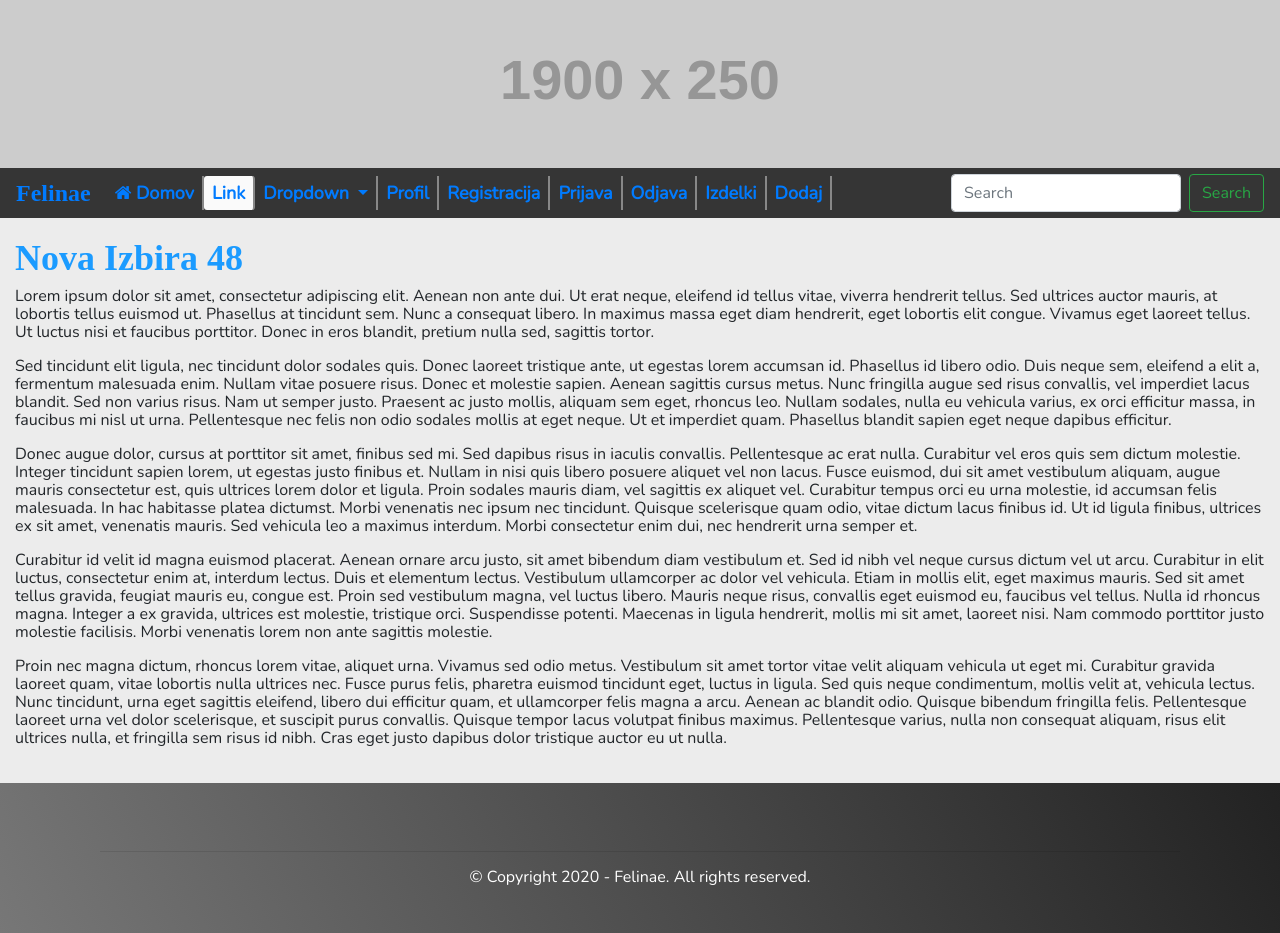
Repository: UrbyK/Felinae
Page: http://localhost/index.php?page=home
An editor plug-in stored every save of this project. The page is shown before and after the next save, followed by the edit.
The browser window is 1280 px wide. The pictures show the whole page.
Some web fonts or font styles are not loaded; a fallback is used. The page is run by PHP 8.4 with error messages shown; the project is at /var/www/html/.

Above is the page before, as saved 2020-08-29 18:28:58.

### index.php
<?php
    session_start();

    include './functions.php';

    $pdo = pdo_connect_mysql();

    $_GET   = filter_input_array(INPUT_GET, FILTER_SANITIZE_STRING);
    $_POST  = filter_input_array(INPUT_POST, FILTER_SANITIZE_STRING);

    $page = isset($_GET['page']) && file_exists($_GET['page']. '.php') ? $_GET['page'] : 'home';
    include $page . '.php';

    template_footer();

?>

### functions.php
<?php
    include './includes/dbh.inc.php';

    include_once('./includes/search-functions.php');
    include_once('./includes/picture-upload.inc.php');

    function template_header($title){
        include_once('./header.php');
    }

    function template_footer(){
        include_once('./footer.php');
    }


    function countries(){
        $pdo = pdo_connect_mysql();
        $stmt = $pdo->prepare("SELECT * FROM country");
        $stmt->execute();
        $result = $stmt->fetchAll(PDO::FETCH_ASSOC);
        return $result;
    }

    function slugify($string){
        return strtolower(trim(preg_replace('/[^A-Za-z0-9-]+/', '-', $string), '-'));
    }

    function get_image($product_id){
        $pdo = pdo_connect_mysql();
        $stmt = $pdo->prepare("SELECT * FROM product_image WHERE product_id = ?");
        $stmt->execute([$product_id]);
        $result = $stmt->fetchAll(PDO::FETCH_ASSOC);
        return $result;
    }

    function retail_price($product_id){
        $pdo = pdo_connect_mysql();
        $stmt = $pdo->prepare("SELECT * FROM product WHERE ID = ?");
        $stmt->execute([$product_id]);
        $product = $stmt->fetch();

        if($product['startsAt'] <= date('Y-m-d H:i:s') && date('Y-m-d H:i:s') <= $product['endsAt']){
            $retail_price = round($product['price']-($product['price']*($product['discount']/100)), 2);
        }
        else{
            $retail_price = $product['price'];
        }

        return $retail_price;

    }

?>

### includes/dbh.inc.php
<?php
    function pdo_connect_mysql(){
        /* credentials */
        $dbHost = 'localhost';
        $dbUser = 'root';
        $dbPass = '';
        $dbName = 'felinae';

        try{
            return new PDO('mysql:host=' . $dbHost . ';dbname=' . $dbName . ';charset=utf8', $dbUser, $dbPass);
        } catch (PDOException $exception) {
            // If there is an error with the connection, stop the script and display the error.
            die ('Failed to connect to database!'. $exception->getMessage());
        }
    }
?>

### includes/search-functions.php
<?php
    function get_city($pdo, $city, $postalCode, $country_id){

        $query = "SELECT * FROM city WHERE country_id = ? AND lower(city) LIKE lower(?) AND postalCode = ?";
        $stmt = $pdo->prepare($query);
        $stmt->execute([$country_id, $city, $postalCode]);
        return $stmt;
    }
?>

### includes/picture-upload.inc.php
<?php

    function image_upload($product_id, $url, $caption, $i){

        $pdo = pdo_connect_mysql();
        $target_dir = "./uploads/";
        $relative_dir = "./uploads/";

        $change_name = date("Y-m-d-h-i-s")."-".$product_id."-".basename($url);
        $change_name;
        $target_file = $target_dir . $change_name;
        $relative_file = $relative_dir . $change_name;

        $uploadOk = 1;
        $imageFileType = strtolower(pathinfo($target_file,PATHINFO_EXTENSION));

        if(isset($_POST["submit"])) {
            $check = getimagesize($_FILES["image"]["tmp_name"][$i]);
            if($check !== false) {
                //echo "File is an image - " . $check["mime"] . ".";
                $uploadOk = 1;
            } else {
                //echo "File is not an image.";
                $uploadOk = 0;
            }
        }

        if($imageFileType != "jpg" && $imageFileType != "png" && $imageFileType != "jpeg"
        && $imageFileType != "gif" ) {
            $uploadOk = 0;
        }

        if ($uploadOk == 1) {
            if (move_uploaded_file($_FILES["image"]["tmp_name"][$i], $target_file)) {
                //vse je ok, zapišem še v bazo
                $query = "INSERT INTO product_image(product_id, image, caption) VALUES (?,?,?)";
                $stmt = $pdo->prepare($query);
                $stmt->execute([$product_id, $relative_file, $caption]);
            }
        }
    }

?>

### home.php
<?=template_header('Home')?>
<div class="row">
    <h1>Nova Izbira 48</h1>
    <p>
    Lorem ipsum dolor sit amet, consectetur adipiscing elit. Aenean non ante dui. Ut erat neque, eleifend id tellus vitae, viverra hendrerit tellus. Sed ultrices auctor mauris, at lobortis tellus euismod ut. Phasellus at tincidunt sem. Nunc a consequat libero. In maximus massa eget diam hendrerit, eget lobortis elit congue. Vivamus eget laoreet tellus. Ut luctus nisi et faucibus porttitor. Donec in eros blandit, pretium nulla sed, sagittis tortor.
    </p>
    <p>
    Sed tincidunt elit ligula, nec tincidunt dolor sodales quis. Donec laoreet tristique ante, ut egestas lorem accumsan id. Phasellus id libero odio. Duis neque sem, eleifend a elit a, fermentum malesuada enim. Nullam vitae posuere risus. Donec et molestie sapien. Aenean sagittis cursus metus. Nunc fringilla augue sed risus convallis, vel imperdiet lacus blandit. Sed non varius risus. Nam ut semper justo. Praesent ac justo mollis, aliquam sem eget, rhoncus leo. Nullam sodales, nulla eu vehicula varius, ex orci efficitur massa, in faucibus mi nisl ut urna. Pellentesque nec felis non odio sodales mollis at eget neque. Ut et imperdiet quam. Phasellus blandit sapien eget neque dapibus efficitur.
    </p>
    <p>
    Donec augue dolor, cursus at porttitor sit amet, finibus sed mi. Sed dapibus risus in iaculis convallis. Pellentesque ac erat nulla. Curabitur vel eros quis sem dictum molestie. Integer tincidunt sapien lorem, ut egestas justo finibus et. Nullam in nisi quis libero posuere aliquet vel non lacus. Fusce euismod, dui sit amet vestibulum aliquam, augue mauris consectetur est, quis ultrices lorem dolor et ligula. Proin sodales mauris diam, vel sagittis ex aliquet vel. Curabitur tempus orci eu urna molestie, id accumsan felis malesuada. In hac habitasse platea dictumst. Morbi venenatis nec ipsum nec tincidunt. Quisque scelerisque quam odio, vitae dictum lacus finibus id. Ut id ligula finibus, ultrices ex sit amet, venenatis mauris. Sed vehicula leo a maximus interdum. Morbi consectetur enim dui, nec hendrerit urna semper et.
    </p>
    <p>
    Curabitur id velit id magna euismod placerat. Aenean ornare arcu justo, sit amet bibendum diam vestibulum et. Sed id nibh vel neque cursus dictum vel ut arcu. Curabitur in elit luctus, consectetur enim at, interdum lectus. Duis et elementum lectus. Vestibulum ullamcorper ac dolor vel vehicula. Etiam in mollis elit, eget maximus mauris. Sed sit amet tellus gravida, feugiat mauris eu, congue est. Proin sed vestibulum magna, vel luctus libero. Mauris neque risus, convallis eget euismod eu, faucibus vel tellus. Nulla id rhoncus magna. Integer a ex gravida, ultrices est molestie, tristique orci. Suspendisse potenti. Maecenas in ligula hendrerit, mollis mi sit amet, laoreet nisi. Nam commodo porttitor justo molestie facilisis. Morbi venenatis lorem non ante sagittis molestie.
    </p>
    <p>
    Proin nec magna dictum, rhoncus lorem vitae, aliquet urna. Vivamus sed odio metus. Vestibulum sit amet tortor vitae velit aliquam vehicula ut eget mi. Curabitur gravida laoreet quam, vitae lobortis nulla ultrices nec. Fusce purus felis, pharetra euismod tincidunt eget, luctus in ligula. Sed quis neque condimentum, mollis velit at, vehicula lectus. Nunc tincidunt, urna eget sagittis eleifend, libero dui efficitur quam, et ullamcorper felis magna a arcu. Aenean ac blandit odio. Quisque bibendum fringilla felis. Pellentesque laoreet urna vel dolor scelerisque, et suscipit purus convallis. Quisque tempor lacus volutpat finibus maximus. Pellentesque varius, nulla non consequat aliquam, risus elit ultrices nulla, et fringilla sem risus id nibh. Cras eget justo dapibus dolor tristique auctor eu ut nulla.
    </p>
</div>

<?=template_footer()?>

### header.php
<!DOCTYPE html>
<html>
    <head>
        <meta charset="utf-8" content="text/html"/>
        <meta name="viewport" content="width=device-width, intital-scale=1.0"/>

        <!-- JavaScript -->
        <script src="https://code.jquery.com/jquery-3.5.1.js" integrity="sha256-QWo7LDvxbWT2tbbQ97B53yJnYU3WhH/C8ycbRAkjPDc=" crossorigin="anonymous"></script>
        <!-- Boostrap -->
            <!-- CSS -->
        <link rel="stylesheet" href="https://stackpath.bootstrapcdn.com/bootstrap/4.5.0/css/bootstrap.min.css"
            integrity="sha384-9aIt2nRpC12Uk9gS9baDl411NQApFmC26EwAOH8WgZl5MYYxFfc+NcPb1dKGj7Sk" crossorigin="anonymous" />

            <!-- JavaScript -->
        <script src="https://stackpath.bootstrapcdn.com/bootstrap/4.5.0/js/bootstrap.bundle.min.js"
             integrity="sha384-1CmrxMRARb6aLqgBO7yyAxTOQE2AKb9GfXnEo760AUcUmFx3ibVJJAzGytlQcNXd" crossorigin="anonymous"></script>

        <!-- FONTAWESOME -->
        <link rel="stylesheet" href="https://stackpath.bootstrapcdn.com/font-awesome/4.7.0/css/font-awesome.min.css" integrity="sha384-wvfXpqpZZVQGK6TAh5PVlGOfQNHSoD2xbE+QkPxCAFlNEevoEH3Sl0sibVcOQVnN"
         crossorigin="anonymous">

         <script src="./js/active-menu.js" crossorigin="anonymous"></script>

         <!--CUSTOM CSS-->
         <link rel="stylesheet" href="./css/style.css">

        <title>Felinae</title>
    </head>

    <body>

        <header>
            <div class="banner"><img src="https://via.placeholder.com/1900x250" alt="banner"></div>
        </header>

       <!-- <nav class="navbar sticky-top navbar-expand-lg navbar-light bg-light ">-->
        <nav class="navbar sticky-top navbar-expand-lg">
            <a class="navbar-brand" href="#">Felinae</a>
            <button class="navbar-toggler ml-auto custom-toggler" type="button" data-toggle="collapse" data-target="#navbarSupportedContent" aria-controls="navbarSupportedContent" aria-expanded="false" aria-label="Toggle navigation">
                <span class="navbar-toggler-icon"></span>
            </button>

            <div class="collapse navbar-collapse" id="navbarSupportedContent">

                <ul class="navbar-nav mr-auto">
                    <li class="nav-item">
                        <a class="nav-link" href="./index.php"><i class="fa fa-home" aria-hidden="true"></i> Domov <span class="sr-only">(current)</span></a>
                    </li>
                    <li class="nav-item">
                        <a class="nav-link" href="./index.php?page=home">Link</a>
                    </li>
                    <li class="nav-item dropdown" >
                        <a class="nav-link dropdown-toggle" href="#" id="navbarDropdown" role="button" data-toggle="dropdown" aria-haspopup="true" aria-expanded="false">
                        Dropdown
                        </a>
                        <div class="dropdown-menu" aria-labelledby="navbarDropdown">
                        <a class="dropdown-item" href="#">Action</a>
                        <a class="dropdown-item" href="#">Another action</a>
                        <div class="dropdown-divider"></div>
                        <a class="dropdown-item" href="#">Something else here</a>
                        </div>
                    </li>

                    <li class="nav-item">
                        <a class="nav-link" href="./index.php?page=profile">Profil</a>
                    </li>
                    <li class="nav-item">
                        <a class="nav-link" href="./index.php?page=register-user">Registracija</a>
                    </li>
                    <li class="nav-item">
                        <a class="nav-link" href="./index.php?page=login">Prijava</a>
                    </li>
                    <li class="nav-item">
                        <a class="nav-link" href="./index.php?page=logout">Odjava</a>
                    </li>
                    <li class="nav-item">
                        <a class="nav-link" href="./index.php?page=products">Izdelki</a>
                    </li>
                    <li class="nav-item">
                        <a class="nav-link" href="./index.php?page=product-add">Dodaj</a>
                    </li>

                </ul>

                <form class="form-inline my-2 my-lg-0">
                    <input class="form-control mr-sm-2" type="search" placeholder="Search" aria-label="Search">
                    <button class="btn btn-outline-success my-2 my-sm-0" type="submit">Search</button>
                </form>

            </div>
        </nav>

    <div class="container-fluid">

### footer.php
    </div><!-- class="container-fluid" --->

        <footer class="page-footer font-small flow-footer" id="footer" role="contentinfo">
            <div class="footer-wrapper">
                <div class="container container-footer">
                    <div class="row">


                        <div class="col-12">
                        <hr copy>
                            <p class="text-center">&copy; Copyright 2020 - Felinae.  All rights reserved.</p>

                        </div>

                    </div>
                </div>
            </div>
        </footer>





    </body>
</html>

### js/active-menu.js
$(function(){
    // this will get the full URL at the address bar
    var url = window.location.href;

    // passes on every "a" tag
    $(".navbar a").each(function() {
            // checks if its the same on the address bar
        if(url === (this.href)) {
            $(this).closest("li").addClass("active");
        }
    });
});

### css/style.css
@import url('http://fonts.googleapis.com/css?family=Oxygen+Mono');
@import url('https://fonts.googleapis.com/css?family=Damion|Neucha|Pacifico|Yellowtail&display=swap');
@import url('https://fonts.googleapis.com/css2?family=Crimson+Text&family=Nunito&family=Overlock&family=Source+Sans+Pro&display=swap');
@import url('https://fonts.googleapis.com/css2?family=Love+Ya+Like+A+Sister&display=swap');

*{
    text-decoration: none;
    list-style: none;
}

body{
    padding: 0;
    margin: 0 auto;
    font-size: 16px;
    line-height: 1.125em;
    height: 100%;
    min-height: 100%;
    font-family: 'Nunito', 'Source Sans Pro', sans-serif;
    background-color: #ececec;
}

h1, h2, h3, h4, h5, h6{
    font-family: 'Overlock', 'Crimson Text', cursive, serif;
    color: #1b9bff;
    font-weight: 550;
    line-height: 1.125em;
}

h1{
    font-size: 36px;
}
h2{
    font-size: 32px;
}
h3{
    font-size: 28px;
}
h4{
    font-size: 24px;
}
h5{
    font-size: 20px;
}
h6{
    font-size: 16px;
}

.container, .container-fluid{
  height: 100%;
  min-height: 100%;
}

/* BANNER */
.banner img{
    width: 100%;
    height: auto;
}

/*NAVBAR*/
.navbar{
    background-color: rgb(53,53,53);
    font-size: 18px;
    font-weight: 600;
    max-height: 50px;
}

.navbar-brand{
    font-size: 24px;
    font-family: 'Love Ya Like A Sister','Overlock';
    font-weight: 800;

}

.custom-toggler .navbar-toggler-icon {
    background-image: url("data:[embedded picture, 239 characters]");
  }

  .custom-toggler, .navbar-toggler {
    border-color: rgb(27, 155, 255);
    border-width: 2px;
  }

  .active{
    background-color: #FAFAFA;
    border-radius: 3px;
  }
.navbar-nav .nav-item{
    border-right: 2px solid #888;
}

/*=======FOOTER=========*/
footer {
  background: #535355;
  background: -webkit-linear-gradient(63deg, #777777, #222222);
  background: linear-gradient(63deg, #777777, #222222);
  color: white;
  height: 150px;
  position: relative;
  width: 100%;
}

footer a {
  color: #fefefe;
  font-size: 14px;
  transition-duration: 0.2s;
}

footer a:hover {
  color: #1b9bff;
  text-decoration: none;
}

.copy {
  font-size: 12px;
  padding: 10px;
  border-top: 1px solid #aaa;
}

.footer-wrapper {
  padding-top: 2em;
  color: white;
}



/*REGISTER/LOGIN FORM*/

.my-form .hint{
    font-size: 10px;
}

/*======PRODUCT ADD======*/
.form-group .col #charNum{
  float: right;
}

/*======== HOVERBOX ==============*/
/* displays text when you hover over the image */
.hvrbox,
.hvrbox * {
  box-sizing: border-box;
}

.hvrbox {
  position: relative;
  display: inline-block;
  overflow: hidden;

  height: 100%;
  width: auto;
  margin-top: 5%;
  padding-bottom: 10px;

  border-bottom: 1px dashed #aaa;
}

.hvrbox img {
  max-width: 100%;
  margin: auto;
}

.hvrbox .hvrbox-layer_bottom {
  display: block;
}

.hvrbox .hvrbox-layer_top {
  opacity: 0;
  position: absolute;
  top: 0;
  left: 0;
  right: 0;
  bottom: 0;
  width: 100%;
  height: 100%;
  background: rgba(0, 0, 0, 0.6);
  color: #fff;
  padding: 15px;
  -moz-transition: all 0.5s ease-in-out 0s;
  -webkit-transition: all 0.5s ease-in-out 0s;
  -ms-transition: all 0.5s ease-in-out 0s;
  transition: all 0.5s ease-in-out 0s;
}

.hvrbox:hover .hvrbox-layer_top,
.hvrbox.active .hvrbox-layer_top {
  opacity: 1;
  height: 100%;
}

.hvrbox .hvrbox-text {
  text-align: center;
  font-size: 17px;
  display: inline-block;
  position: absolute;
  top: 50%;
  left: 50%;
  -moz-transform: translate(-50%, -50%);
  -webkit-transform: translate(-50%, -50%);
  -ms-transform: translate(-50%, -50%);
  transform: translate(-50%, -50%);
}

.hvrbox .hvrbox-text_mobile {
  font-size: 15px;
  border-top: 1px solid rgb(179, 179, 179); /* for old browsers */
  border-top: 1px solid rgba(179, 179, 179, 0.7);
  margin-top: 5px;
  padding-top: 2px;
  display: none;
}

.hvrbox.active .hvrbox-text_mobile {
  display: block;
}

.hvrbox .hvrbox-layer_slideup {
  -moz-transform: translateY(100%);
  -webkit-transform: translateY(100%);
  -ms-transform: translateY(100%);
  transform: translateY(100%);
}

.hvrbox:hover .hvrbox-layer_slideup,
.hvrbox.active .hvrbox-layer_slideup {
  -moz-transform: translateY(0);
  -webkit-transform: translateY(0);
  -ms-transform: translateY(0);
  transform: translateY(0);
}

.hvrbox:hover .price{
  color: #fff;
  -moz-transition: color 0.8s ease 0s;
  -webkit-transition: color 0.8s ease 0s;
  -ms-transition: color 0.8s ease 0s;
  transition: color 0.8s ease 0s;
}

/*========PRODUCTS=========*/
.card-btn form input{
  max-width: 250px;
  width: 100%;
}

form input[type="number"] {
  width: 100%;
	padding: 10px;
	margin-bottom: 15px;
	border: 1px solid #aaa;
	color: #555555;
  border-radius: 5px;
  -moz-appearance: textfield;
}

form input[type="submit"] {
	background-color: #1b9bff;;
	border: 0;
	color: #FFFFFF;
	width: 100%;
	padding: 12px 0;
	text-transform: uppercase;
	font-size: 14px;
	font-weight: bold;
	border-radius: 5px;
  cursor: pointer;

}

form input[type="submit"]:hover {
	background-color: #1a5f94;;
}


.product-item {
  background-color: #fff;
  border: 1px solid black;
}

.product-name{
  font-size: 16px;
  /*padding-top: 15px;*/
  font-weight: bold;
  color: #1b9bff;
  font-family: 'Franklin Gothic Medium', 'Arial Narrow', Arial, sans-serif;
}

.product-name:hover{
color: #1a5f94;
}



/* THUMBNAIL FOR IMAGE PREVIEW ON PRODUCTS*/
.img-thumbnail{
  max-height: 100%;
  height: auto;
  width: auto;
}

.row{
  margin: 20px auto;
}


/* CARD */
.products-preview{
  max-height: 450px;
}

.products-preview-body{
  height: 200px;

}

.products-preview-body ul{
  list-style: none;
  padding: 0;
}
/*
.products-preview-body span {
  position: relative;
  display: block;
}*/

/*==products prices==*/
.card-btn{
  margin: 20px auto;
}

.price{
  font-weight: bold;
  font-size: 20px;
  color: #3f3f3f;
  }

.old-price{
  font-size: 20px;
  margin: 0 5px;
  font-weight: normal;
  color: #777;
}

.discount{
  font-size: 18px;
  color: #eee;
  font-weight: 900;
  border: 2px solid #009900;
  border-radius: 50%;
  background-color: #009900;
  margin: 3px;
  padding: 5px;
  float: right;
  text-decoration: none;
}

del, .old-price{
  text-decoration: line-through;
}

input[type=submit]:disabled{
  background-color: #346081;
}

.product-picture{
  display: flex;
  align-items: center;
  justify-content: center;
}

.product-picture img{
  align-items: center;
  justify-content: center;
  max-width: 100%;
  margin: auto;
  border: 2px solid #aaa;
  max-height: 650px;
  /*border-radius: 50px;*/
}



.product-info{
  margin: auto 0;
  padding-right: 5%;
  padding-bottom: 55px;
  background-color: #efefef;
}

.product-info h1 {
	font-size: 34px;
	font-weight: normal;
	margin: 0;
  padding: 20px 0 10px 0;
  color: #1b9bff;
  font-family:  'Franklin Gothic Medium', 'Arial Narrow', Arial, sans-serif;
}

.product-info .price {
	display: block;
	font-size: 22px;
}

.product-info form {
	display: flex;
	flex-flow: column;
  margin: 40px 0;
}

.product-info form input,
.card-btn form input{
  max-width: 250px;
  width: 100%;
}

.product-info form input[type="number"],
.card-btn form input[type="number"],
.cart form input[type="number"] {
  width: 100%;
	padding: 10px;
	margin-bottom: 15px;
	border: 1px solid #aaa;
	color: #555555;
  border-radius: 5px;
  -moz-appearance: textfield;
}

.product-info form input[type="submit"],
.card-btn form input[type="submit"] {
	background-color: #1b9bff;;
	border: 0;
	color: #FFFFFF;
	width: 100%;
	padding: 12px 0;
	text-transform: uppercase;
	font-size: 14px;
	font-weight: bold;
	border-radius: 5px;
  cursor: pointer;

}
.product-info form input[type="submit"]:hover,
.card-btn form input[type="submit"]:hover {
	background-color: #1a5f94;;
}
/*
.product-price .old-price{
  float: left;
}
*/
li .discount{
  float: none;
  text-decoration: none !important;
}

.product-price .retail-price{
  font-size: 38px;
  margin-top: 24px;
}

/*===CAROUSEL===*/
.carousel-control:hover{
  background-color: rgba(51, 51, 51, 0.5);
}

.carousel-inner {
  margin: auto 0;
}

.sales-date{
  margin-bottom: 10px;
  font-size: 18px;
  color: #009900;
}

.whitespace{
  white-space: pre-wrap;
}

.products-preview{
  margin: 5px auto;
}

.measurements{
  white-space: nowrap;
}

.measurements li{
  display: inline;
}


/*======FOOTER======*/

After the next save:
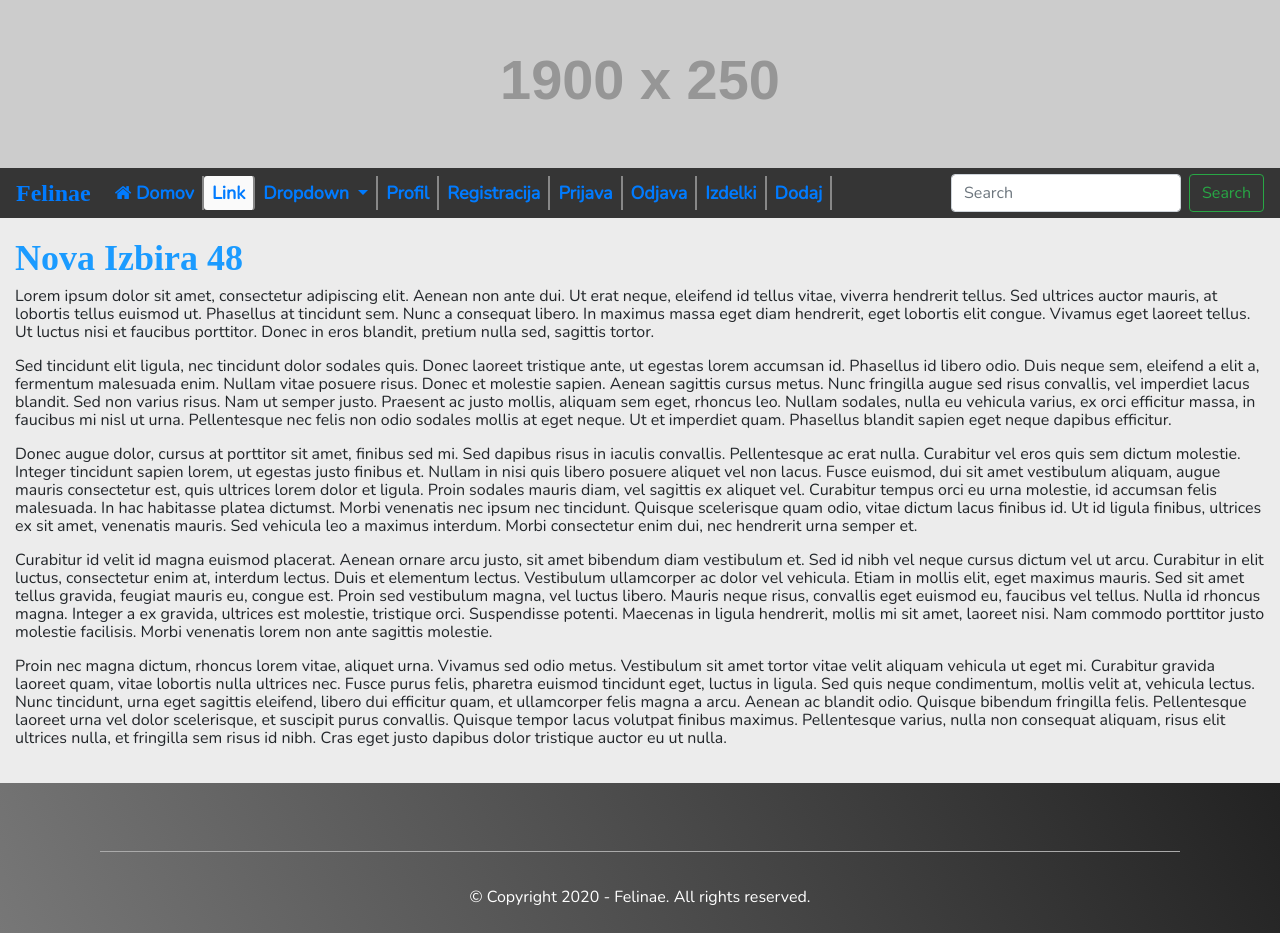
Saved 16 s later.
--- a/footer.php
+++ b/footer.php
@@ -7,7 +7,7 @@
 
 
                         <div class="col-12">
-                        <hr copy>
+                            <hr class="copy">
                             <p class="text-center">&copy; Copyright 2020 - Felinae.  All rights reserved.</p>
 
                         </div>
